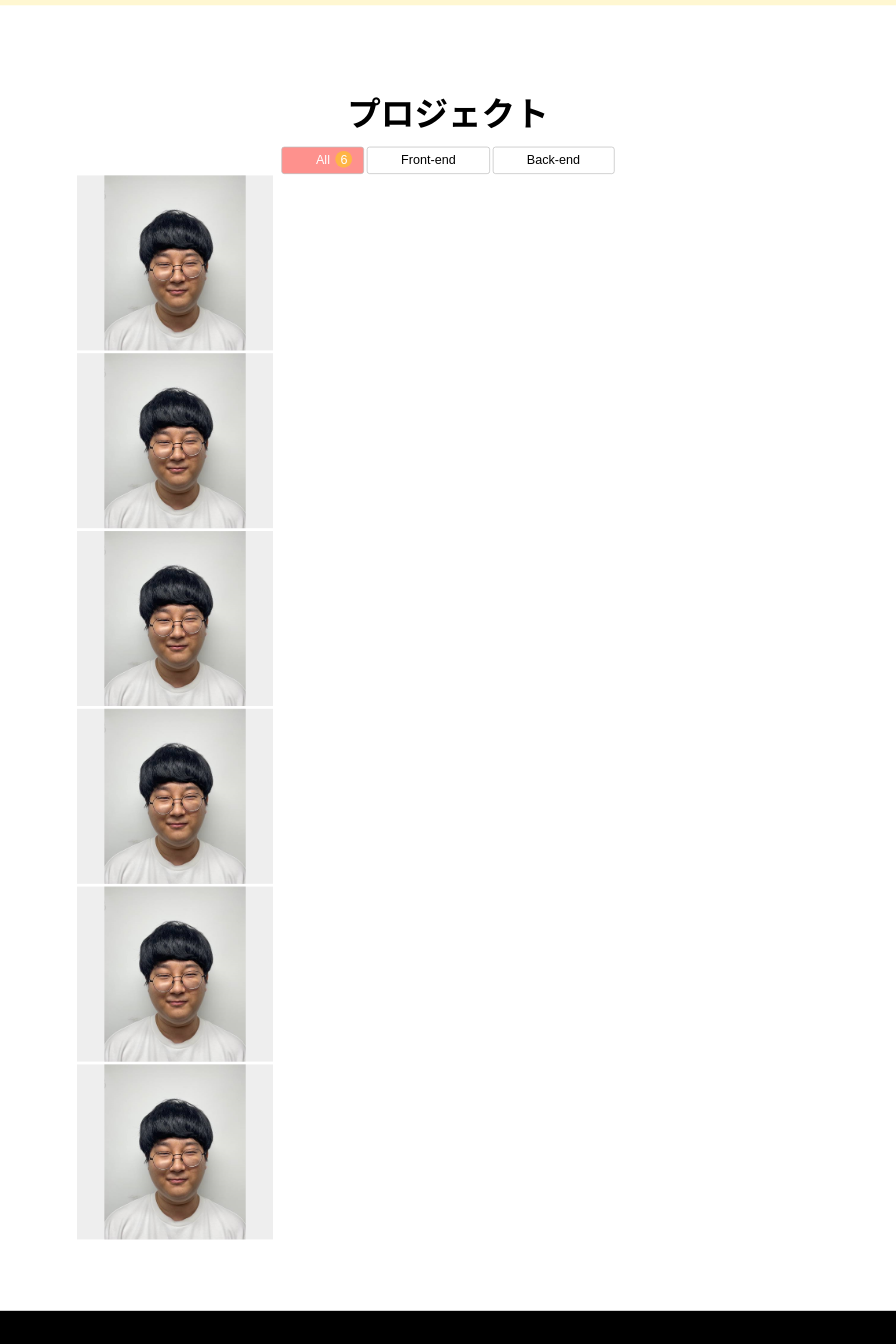
Repository: N1C0N1C0/website_introduction
Page: index.html
These files come from the project's save history. The page is drawn as it stood at one moment and after the next save; the edit follows.
The browser window is 1280 px wide. The pictures show the part of the page from y = 2402 to 4322 px (the page is 4796 px tall before and 4034 px after), at 70% of full size.
Some web libraries are served in a nearby version.

Above is the page before, as saved 2023-08-29 03:19:36.

After the next save:
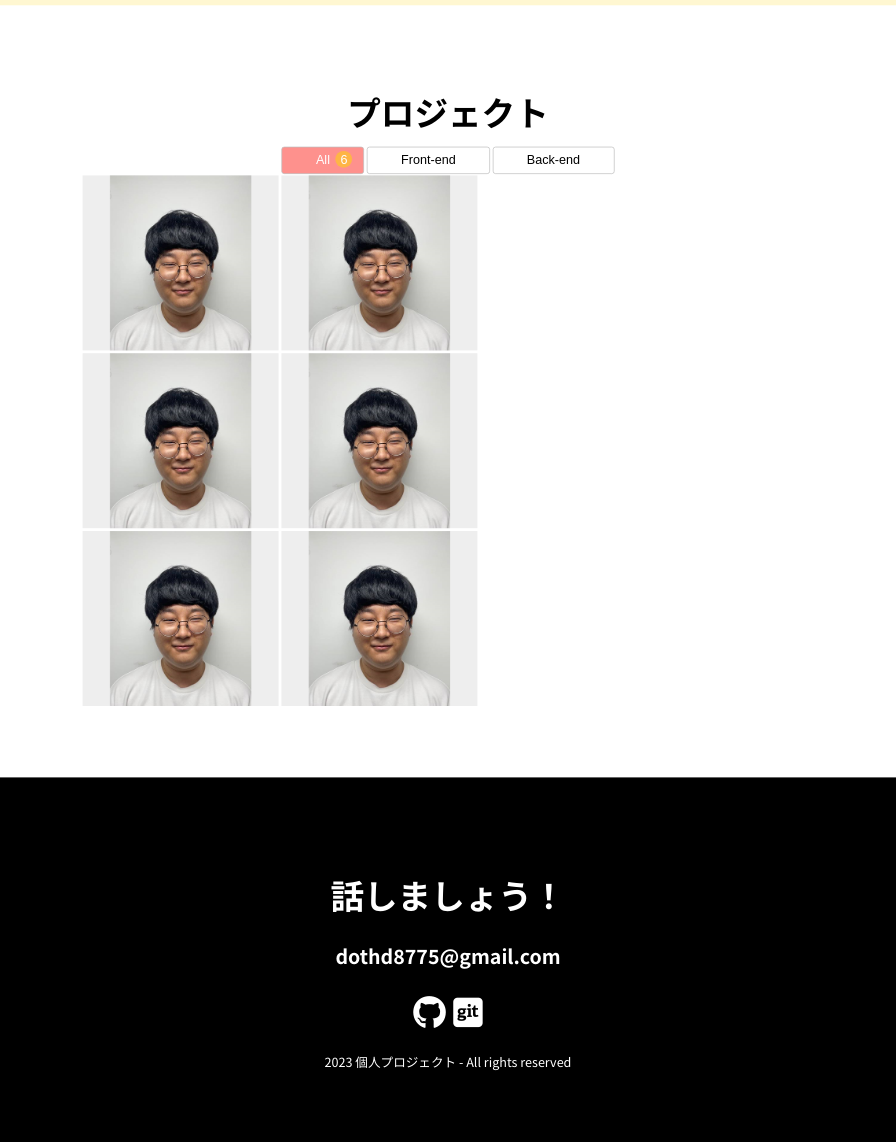
Saved 6 s later.
--- a/style.css
+++ b/style.css
@@ -348,7 +348,7 @@ p {
 }
 
 .work__projects {
-    width: 300px;
+    width: 600px;
     display: flex;
     flex-wrap: wrap;
     justify-content: center;
